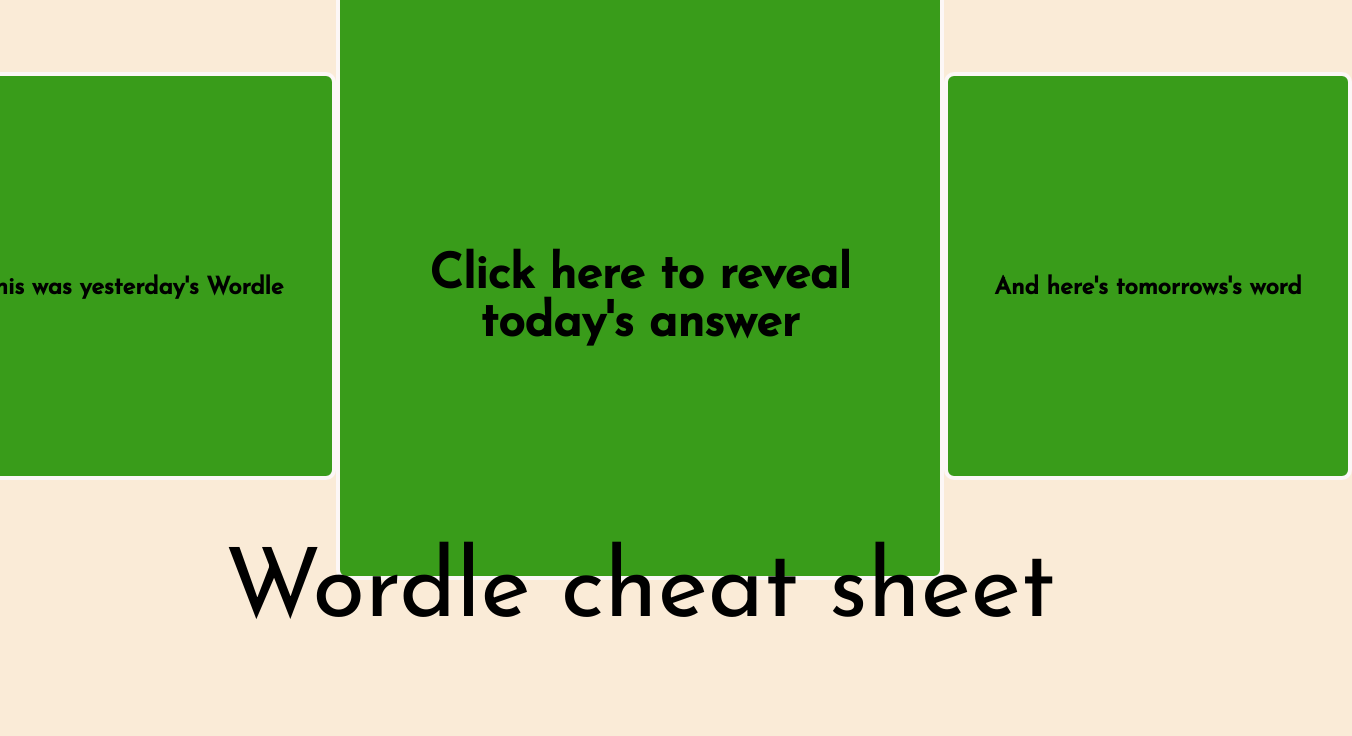
Repository: enoripl/tomorrows-wordle
Page: index.html
An editor plug-in stored every save of this project. The page is shown before and after the next save, followed by the edit.
The browser window is 1280 px wide. The page is 1352 px wide, so the pictures cover 1352 px, including what lies to the right of the window. The pictures show the whole page.

Above is the page before, as saved 2022-02-09 17:10:21.

### index.html
<!DOCTYPE html>
<html lang="en">
  <head>
    <meta charset="UTF-8" />
    <meta http-equiv="X-UA-Compatible" content="IE=edge" />
    <meta name="viewport" content="width=device-width, initial-scale=1.0" />
    <link rel="stylesheet" href="styles.css" />
    <script type="text/javascript" src="script.js" defer></script>
    <title>Today's (and tommorow's Wordle)</title>
  </head>
  <body>
    <main class="main-content">
      <div class="buttons-section">
        <div class="buttons-group">
          <div class="answer-btns" id="yesterdays-btn">
            This was yesterday's Wordle
          </div>
          <div class="answer-btns" id="todays-btn">
            Click here to reveal
            today's answer
          </div>
          <div class="answer-btns" id="tomorrows-btn">
            And here's tomorrows's word
          </div>
        </div>
      </div>
    </main>
    <div class="logo-section">
      <div class="logo">Wordle cheat sheet</div>
    </header>
  </body>
</html>

### styles.css
@import url('https://fonts.googleapis.com/css2?family=Josefin+Sans:wght@300;400;500&display=swap');
body {
    height: 100vh;
    font-family: 'Josefin Sans', sans-serif;
    background-color: antiquewhite;
    white-space: pre-line
}

main {
    height: 70%;
}
.main-content {
    display: flex;
    justify-content: center;
    align-items: center;
}
.buttons-group {
    display: flex;
    align-items: center;
}

.answer-btns {
    display: flex;
    justify-content: center;
    align-items: center;
    text-align: center;
    background-color: rgb(57, 156, 26);
    height: 400px;
    width: 400px;
    font-size: 1.5rem;
    font-weight: 600;
    border-radius: 10px;
    border: 4px solid rgb(252, 247, 246);
}

#todays-btn {
    height: 600px;
    width: 600px;
    font-size: 3rem;
}

.answer-text {
    font-size: 3rem;
}


.logo-section {
    display: flex;
    justify-content: center;
    align-items: center;
    height: auto;
    font-size: 6rem;
}

Loaded but not shown: script.js (2355 lines, source omitted)

After the next save:
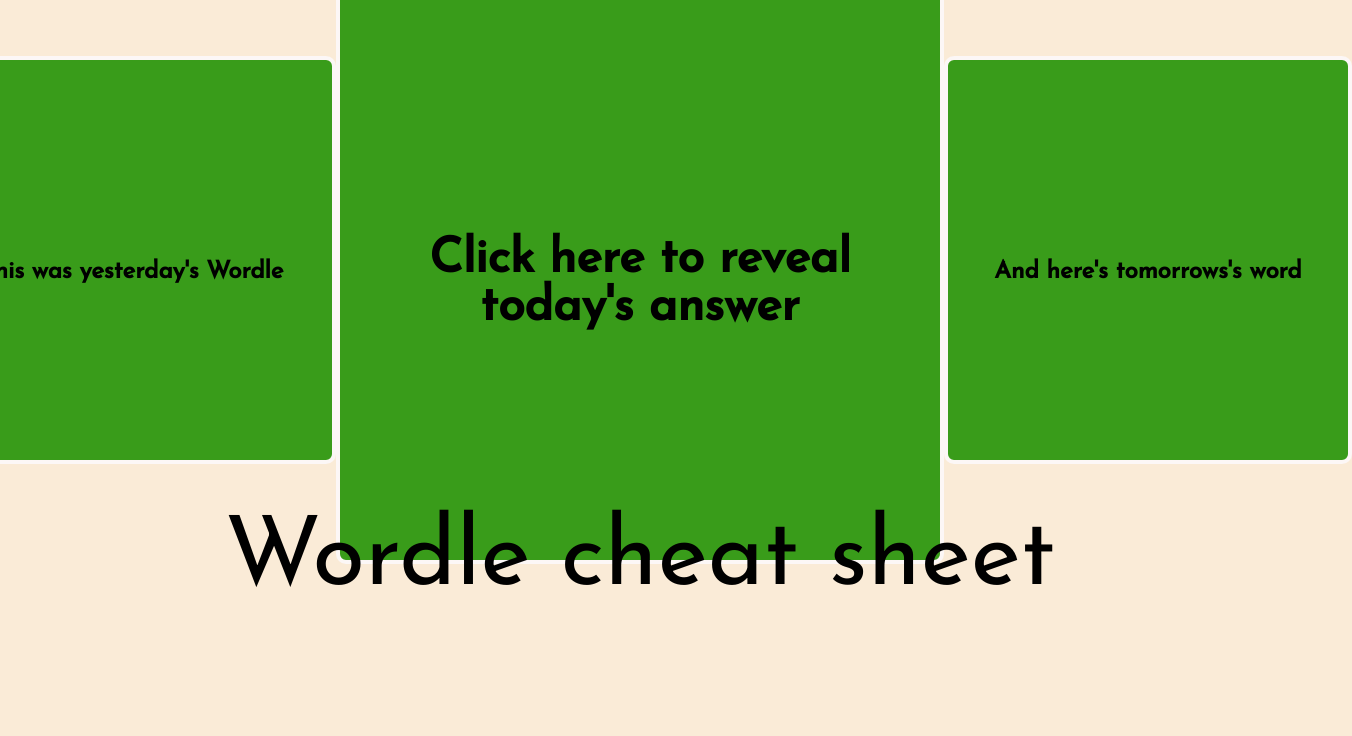
Saved 38 s later.
--- a/styles.css
+++ b/styles.css
@@ -3,7 +3,9 @@
     height: 100vh;
     font-family: 'Josefin Sans', sans-serif;
     background-color: antiquewhite;
-    white-space: pre-line
+    white-space: pre-line;
+    display: flex;
+    flex-direction: column;
 }
 
 main {
